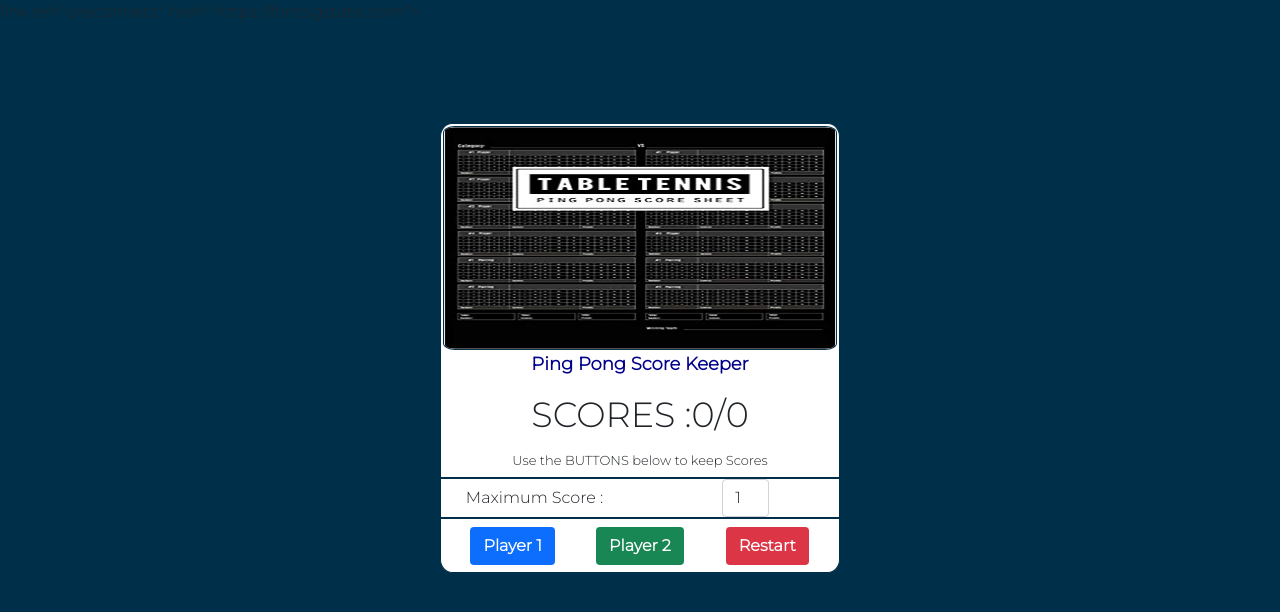
Repository: uditjain100/JavaScript-for-Web
Page: 9.Score Keeper Project/sk.html
An editor plug-in stored every save of this project. The page is shown before and after the next save, followed by the edit.
The browser window is 1280 px wide. The pictures show the whole page.

Above is the page before, as saved 2021-01-23 12:49:34.

### 9.Score Keeper Project/sk.html
<!DOCTYPE html>
<html lang="en">
  <head>
    <meta charset="UTF-8" />
    <meta name="viewport" content="width=device-width, initial-scale=1.0" />
    <title>Score Keeper</title>
    <link
      href="https://cdn.jsdelivr.net/npm/bootstrap@5.0.0-beta1/dist/css/bootstrap.min.css"
      rel="stylesheet"
      integrity="sha384-giJF6kkoqNQ00vy+HMDP7azOuL0xtbfIcaT9wjKHr8RbDVddVHyTfAAsrekwKmP1"
      crossorigin="anonymous"
    />
    link rel="preconnect" href="https://fonts.gstatic.com">
    <link
      href="https://fonts.googleapis.com/css2?family=Montserrat:wght@300&display=swap"
      rel="stylesheet"
    />
    <link rel="stylesheet" href="app.css" />
  </head>
  <body>
    <div class="container">
      <div id="mainbody" class="main" style="height: 450px">
        <img
          src="image.png"
          alt="Table_Tennis"
          class="img-fluid mx-auto"
          style="width: 99%; height: 50%"
        />

        <h6 id="heading" class="diaply-10">Ping Pong Score Keeper</h6>

        <div id="scores" class="scores m-2 p-1 mx-auto">
          <span id="score1" class="score">SCORES :</span>
          <span id="score2" class="score">0</span
          ><span id="score3" class="score">/</span
          ><span id="score4" class="score">0</span>
        </div>

        <h6 id="instruction">Use the BUTTONS below to keep Scores</h6>

        <div id="maxScores" class="row">
          <div class="col-6">
            <h6 id="max_score" class="display-10 fw-4">Maximum Score :</h6>
          </div>
          <div id="select_02" class="col-2">
            <select
              class="form-control btn-rounded"
              name="max-score"
              id="max_score_select"
            >
              <option value="1">1</option>
              <option value="2">2</option>
              <option value="3">3</option>
              <option value="4">4</option>
              <option value="5">5</option>
            </select>
          </div>
        </div>

        <div id="allbtns" class="row m-2">
          <div class="col">
            <button id="p1_btn" class="btn bg-primary">Player 1</button>
          </div>
          <div class="col">
            <button id="p2_btn" class="btn bg-success">Player 2</button>
          </div>
          <div class="col">
            <button id="reset" class="btn bg-danger">Restart</button>
          </div>
        </div>

        <!-- ********************* -->
      </div>
    </div>

    <script src="app.js"></script>
  </body>
</html>

### 9.Score Keeper Project/app.css
body {
  background-color: #003049;
  font-family: "Montserrat";
}

.container {
  display: flex;
  justify-content: center;
  align-items: center;
  min-height: 90vh;
}

img {
  display: flex;
  justify-content: center;
  margin-top: 2px;
  border: 0.5px #003049 solid;
  border-radius: 3%;
}

#mainbody {
  background-color: white;
  border: 0.5px #003049 solid;
  border-radius: 3%;
  width: 400px;
}

#heading {
  margin: 3px;
  padding: 1px;
  text-align: center;
  color: darkblue;
  font-weight: 900;
  font-size: large;
  font-family: "Montserrat";
}

#scores {
  display: flex;
  justify-content: center;
  align-items: center;
}

#instruction {
  text-align: center;
  font-size: small;
}

#maxScores {
  display: flex;
  align-items: center;
  border-top: 2px #003049 solid;
  border-bottom: 2px #003049 solid;
}

#max_score {
  padding: 2px;
  margin: 0px auto;
  text-align: center;
}

#select_02 {
  margin: 0px auto;
}

#score1 {
  text-align: center;
  font-size: 35px;
}
#score2 {
  text-align: center;
  font-size: 35px;
}
#score3 {
  text-align: center;
  font-size: 35px;
}
#score4 {
  text-align: center;
  font-size: 35px;
}

.btn {
  color: white;
  font-weight: 900;
}

.col {
  display: flex;
  justify-content: space-evenly;
  align-items: center;
}

### 9.Score Keeper Project/app.js
var p1_score = document.querySelector("#score2");
var p2_score = document.querySelector("#score4");

var p1_btn = document.querySelector("#p1_btn");
var p2_btn = document.querySelector("#p2_btn");
var reset_btn = document.querySelector("#reset");

var max_score_selector = document.querySelector("#max_score_select");
console.log(max_score_selector);
console.log(max_score_selector.value);

var i = 0;
var j = 0;
var max = Number.parseInt(max_score_selector.value);
var isGameOyer = false;

max_score_selector.addEventListener("change", () => {
  max = Number.parseInt(max_score_selector.value);
  reset();
});

p1_btn.addEventListener("click", () => {
  if (!isGameOyer) {
    if (i + 1 === max) {
      p1_score.innerText = ++i;
      p1_score.style.color = "Green";
      p2_score.style.color = "Red";
      i = 0;
      j = 0;
      isGameOyer = true;
      alert("Restart Game :)");
    } else {
      p1_score.style.color = "Black";
      p1_score.innerText = ++i;
    }
  }
});

p2_btn.addEventListener("click", () => {
  if (!isGameOyer) {
    if (j + 1 === max) {
      p2_score.innerText = ++j;
      p2_score.style.color = "Green";
      p1_score.style.color = "Red";
      i = 0;
      j = 0;
      isGameOyer = true;
      alert("Restart Game :)");
    } else {
      p2_score.style.color = "Black";
      p2_score.innerText = ++j;
    }
  }
});

reset_btn.addEventListener("click", reset);

function reset() {
  isGameOyer = false;
  i = 0;
  j = 0;
  p1_score.innerText = i;
  p2_score.innerText = j;
  p2_score.style.color = "Black";
  p1_score.style.color = "Black";
}

After the next save:
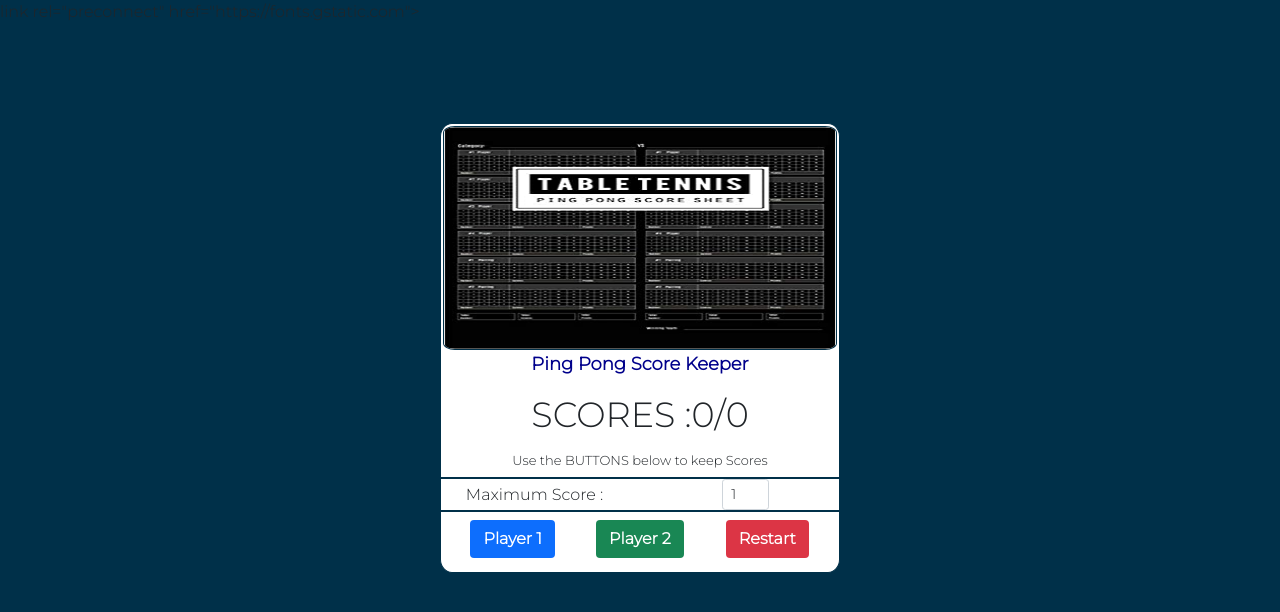
Saved 118 s later.
--- a/9.Score Keeper Project/sk.html
+++ b/9.Score Keeper Project/sk.html
@@ -44,7 +44,7 @@
           </div>
           <div id="select_02" class="col-2">
             <select
-              class="form-control btn-rounded"
+              class="form-control btn-sm"
               name="max-score"
               id="max_score_select"
             >
